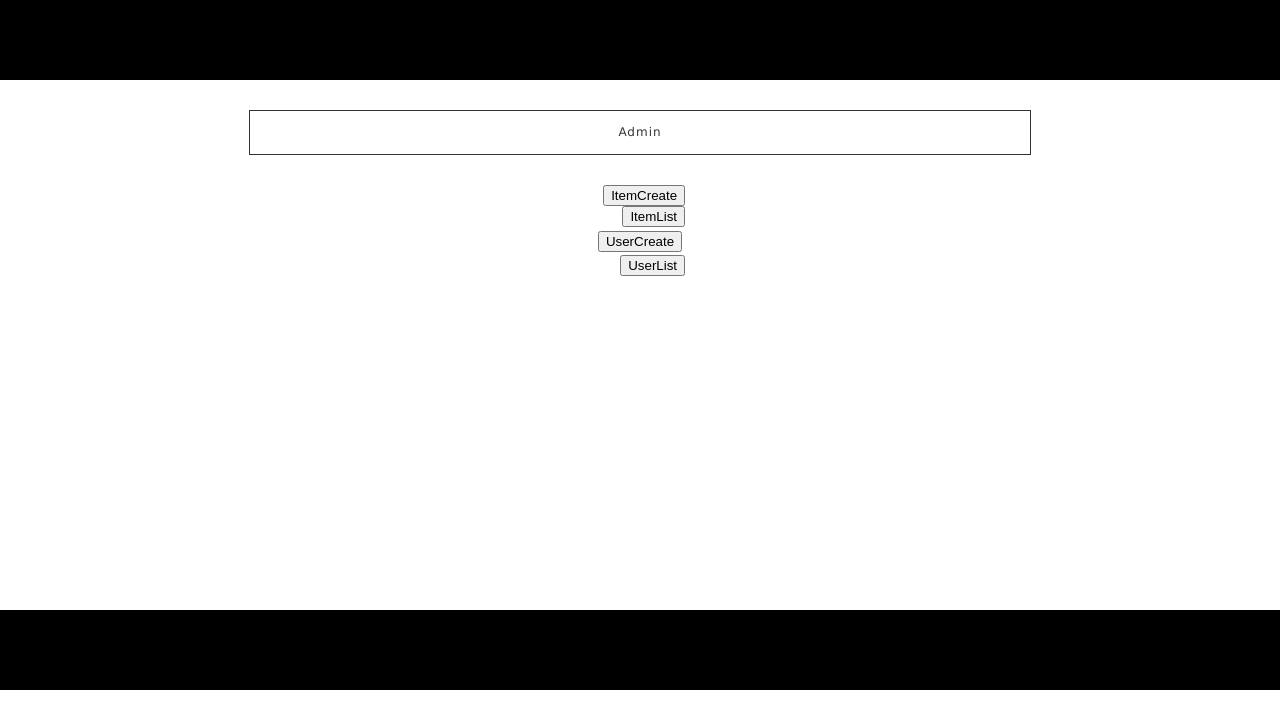
Repository: user-yo-yo/test
Page: http://localhost/ecsite2/AdminAction.action
An editor plug-in stored every save of this project. The page is shown before and after the next save, followed by the edit.
The browser window is 1280 px wide. The pictures show the whole page.
The page is served by Tomcat 9.

Above is the page before, as saved 2019-03-22 05:39:25.

After the next save:
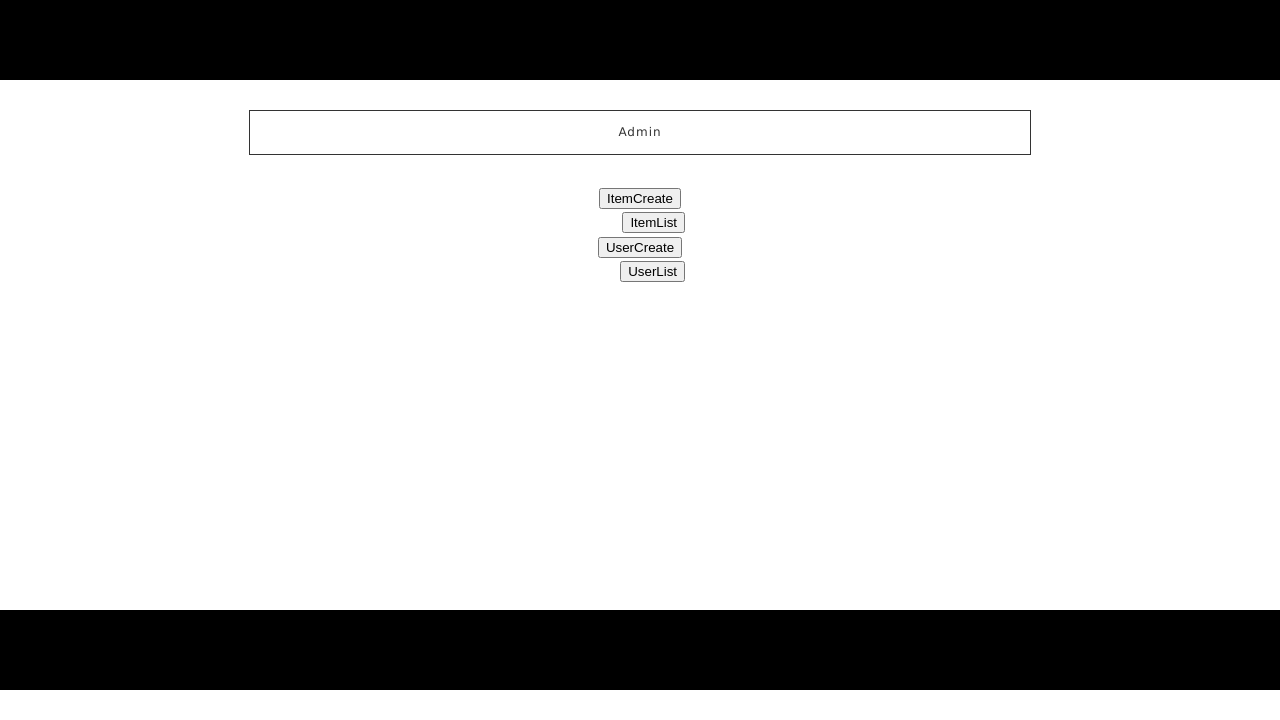
Saved 56 s later.
--- a/ecsite2/WebContent/admin.jsp
+++ b/ecsite2/WebContent/admin.jsp
@@ -72,15 +72,15 @@
 			<p>Admin</p>
 		</div>
 		<div id="text-center">
-<%-- 		<s:form action="ItemCreateAction"> --%>
+			<s:form action="ItemCreateAction">
 				<s:submit value="ItemCreate" />
-<%-- 		</s:form> --%>
+			</s:form>
 <%-- 		<s:form action="ItemListAction"> --%>
 				<s:submit value="ItemList" />
 <%-- 		</s:form> --%>
-		<s:form action="UserCreateAction">
+			<s:form action="UserCreateAction">
 				<s:submit value="UserCreate" />
-		</s:form>
+			</s:form>
 <%-- 		<s:form action="UserListAction"> --%>
 				<s:submit value="UserList" />
 <%-- 		</s:form> --%>
